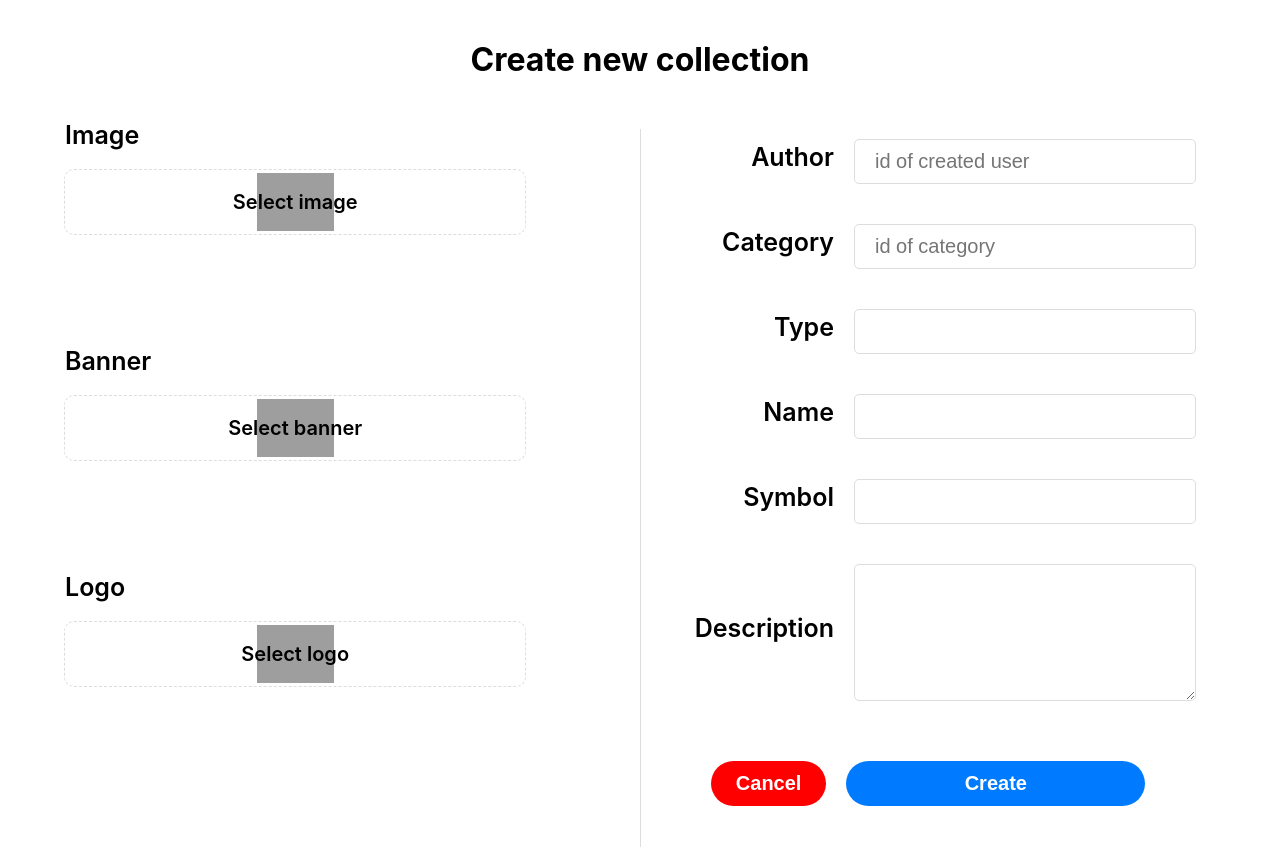
Repository: superHotBob/admin_nftillion
Page: /createcollection
An editor plug-in stored every save of this project. The page is shown before and after the next save, followed by the edit.
The browser window is 1280 px wide. The pictures show the whole page.
Pictures or frames that could not be fetched are drawn as grey boxes. The project was rebuilt for these pictures with package versions that can differ from the ones it lists, and the page was loaded fresh each time. Also part of the build but not shown: src/components/Login/styles.scss, src/components/Login/index.js, src/components/NavPanel/styles.scss, src/components/NavPanel/index.js, src/components/Users/index.js, src/components/Collections/index.js, src/components/Preminted/styles.scss, src/components/Preminted/index.js.

Above is the page before, as saved 2022-04-27 18:16:45.

### src/index.js
import React from "react";
import ReactDOM from "react-dom/client";
import "./index.css";
import { BrowserRouter } from "react-router-dom";
import "./index.css";
import App from "./App";

import reportWebVitals from "./reportWebVitals";

const root = ReactDOM.createRoot(document.getElementById("root"));
root.render(
  <React.StrictMode>
    <BrowserRouter>
      <App />
    </BrowserRouter>
  </React.StrictMode>
);

// If you want to start measuring performance in your app, pass a function
// to log results (for example: reportWebVitals(console.log))
// or send to an analytics endpoint. Learn more: https://bit.ly/CRA-vitals
reportWebVitals();

### src/App.js
import * as React from "react";
import { Routes, Route } from "react-router-dom";
import { LogIn } from "./components/Login";
import { Users } from "./components/Users";
import './App.css';
import { Collections } from "./components/Collections";
import { Preminted } from "./components/Preminted";
import { Create } from "./components/CreateCollection";

function App() {
  return (
    <div className="App">
    <Routes>
        <Route path="/" element={<LogIn />} />
        <Route path="users" element={<Users />} />
        <Route path="collections" element={<Collections />} />
        <Route path="preminted" element={<Preminted />} />
        <Route path="createcollection" element={<Create />} />
      </Routes>
    </div>
  );
}

export default App;

### src/components/CreateCollection/index.js
import * as React from "react";
import axios from "axios";
import { Link } from "react-router-dom";

import "./styles.scss";

export const Create = () => {
  const [author, setAuthor] = React.useState("");
  const [category, setCategory] = React.useState("");
  const [type, setType] = React.useState("");
  const [nameCollection, setNameCollection] = React.useState("");
  const [symbol, setSymbol] = React.useState("");
  const [description, setDescription] = React.useState("");

  const [imageCollection, selectImageCollection] = React.useState();
  const [bannerCollection, selectBannerCollection] = React.useState();
  const [logoCollection, selectLogoCollection] = React.useState();

  const viewImage = async (event) => {
    let file = event.target.files[0];
    console.log(file);
    const reader = new FileReader();
    reader.onloadend = function () {
      selectImageCollection(reader.result);
    };
    reader.readAsDataURL(file);
  };
  const viewBanner = async (event) => {
    let file = event.target.files[0];
    console.log(file);
    const reader = new FileReader();
    reader.onloadend = function () {
      selectBannerCollection(reader.result);
    };
    reader.readAsDataURL(file);
  };
  const viewLogo = async (event) => {
    let file = event.target.files[0];
    console.log(file);
    const reader = new FileReader();
    reader.onloadend = function () {
      selectLogoCollection(reader.result);
    };
    reader.readAsDataURL(file);
  };
  const form = new FormData();
  const metadata = {
    name: nameCollection,
    symbol: symbol,
    description: description,
  };
  form.append("author", author);
  form.append("type", type);
  form.append("category", category);
  form.append("metadata", metadata);
  form.append("image", imageCollection);
  form.append("logo", logoCollection);
  form.append("banner", bannerCollection);

  function CreateCollection(event) {
    event.preventDefault();
    axios
      .post(
        "https://app.nftillion.io/admin/collection/create",
        form,
        // {
        //   image: imageCollection,
        //   logo: logoCollection,
        //   banner: bannerCollection,
        //   author: Number(author),
        //   category: Number(category),
        //   type: Number(type),
        //   metadata: {
        //     name: nameCollection,
        //     symbol: symbol,
        //     description: description,
        //   },
        // },
        {
          headers: {
            "X-Content-Type-Options": "nosniff",
            "Content-Type": "multipart/form-data; boundary=something",
            Authorization: `Bearer ${localStorage.getItem("accessToken")}`,
          },
        }
      )
      .then((res) => {
        console.log(res.data);
      });
  }
  return (
    <>
      <h1 className="header">Create new collection</h1>
      <form
        onSubmit={CreateCollection}
        className="main_block_create"
        enctype="multipart/form-data"
      >
        <div className="image_block" style={{ marginTop: 40 }}>
          <div
            className="image"
            style={{
              height: imageCollection ? "300px" : "auto",
              background: `url(${imageCollection}) center / auto 90% no-repeat`,
            }}
          >
            {imageCollection && (
              <img
                src="/icon_close.png"
                alt="close"
                height={25}
                width={25}
                style={{ float: "right", margin: 10, cursor: "pointer" }}
                onClick={() => selectImageCollection()}
              />
            )}
            {!imageCollection && (
              <label>
                Select image
                <input
                  type="file"
                  style={{ display: "none" }}
                  id="file"
                  name="file"
                  accept="image/png, image/gif, image/webp, image/jpeg, video/mp4,audio/mp3"
                  onChange={(e) => viewImage(e)}
                />
              </label>
            )}
          </div>
          <div
            className="banner"
            style={{
              height: bannerCollection ? "300px" : "auto",
              background: `url(${bannerCollection}) center / auto 90% no-repeat`,
            }}
          >
            {" "}
            {bannerCollection && (
              <img
                src="/icon_close.png"
                alt="close"
                height={25}
                width={25}
                style={{ float: "right", margin: 10, cursor: "pointer" }}
                onClick={() => selectBannerCollection()}
              />
            )}
            {!bannerCollection && (
              <label>
                Select banner
                <input
                  type="file"
                  style={{ display: "none" }}
                  id="file"
                  name="file"
                  accept="image/png, image/gif, image/webp, image/jpeg, video/mp4,audio/mp3"
                  onChange={(e) => viewBanner(e)}
                />
              </label>
            )}
          </div>
          <div
            className="logo"
            style={{
              height: logoCollection ? "50px" : "auto",
              background: `url(${logoCollection}) center / auto 90% no-repeat`,
            }}
          >
            {" "}
            {logoCollection && (
              <img
                src="/icon_close.png"
                alt="close"
                height={25}
                width={25}
                style={{ float: "right", margin: 10, cursor: "pointer" }}
                onClick={() => selectLogoCollection()}
              />
            )}
            {!logoCollection && (
              <label>
                Select logo
                <input
                  type="file"
                  style={{ display: "none" }}
                  id="file"
                  name="file"
                  accept="image/png, image/gif, image/webp, image/jpeg, video/mp4,audio/mp3"
                  onChange={(e) => viewLogo(e)}
                />
              </label>
            )}
          </div>
        </div>
        <div className="data_block">
          <label>
            Author
            <input
              type="text"
              pattern="[0-9]+"
              placeholder="id of created user"
              required
              value={author}
              onChange={(e) => setAuthor(e.target.value)}
            />
          </label>
          <label>
            Category
            <input
              type="text"
              required
              placeholder="id of category"
              pattern="[0-9]+"
              value={category}
              onChange={(e) => setCategory(e.target.value)}
            />
          </label>
          <label>
            Type
            <input
              type="text"
              name="type"
              pattern="[0-9]+"
              value={type}
              onChange={(e) => setType(e.target.value)}
            />
          </label>
          <label>
            Name
            <input
              type="text"
              name="name"
              value={nameCollection}
              onChange={(e) => setNameCollection(e.target.value)}
            />
          </label>
          <label>
            Symbol
            <input
              type="text"
              name="symbol"
              value={symbol}
              onChange={(e) => setSymbol(e.target.value)}
            />
          </label>
          <label>
            Description
            <textarea
              rows={5}
              name="description"
              value={description}
              onChange={(e) => setDescription(e.target.value)}
            />
          </label>
          <div className="butons">
            <Link to="/preminted">
              <button className="cancel">Cancel</button>
            </Link>
            <button type="submit">Create</button>
          </div>
        </div>
      </form>
    </>
  );
};

### src/components/Users/styles.scss
.header {
  color: #000;
  padding: 20px 50px;
  margin: 0;
  border-bottom: 1px solid black;
  text-align: center;
  b {
    float: right;
    font-size: 16px;
    margin-top: 15px;
  }
}
header,
.data {
  display: flex;
  justify-content: space-around;
  font-size: 20px;
  text-align: center;
  align-items: center;
  span,
  label {
    width: 8%;
    display: inline-block;
  }
}
header {
  border-bottom: 1px solid black;
  font-size: 25px;
  font-weight: 600;
  padding: 20px 0;
}
.block_view {
  position: fixed;
  top: 20vh;
  padding: 20px;
  right: 40vw;
  width: 20vw;
  height: auto;
  transition: all 0.5s;
  background-color: #fff;
  box-shadow: 0 0px 8px 0px rgba(34, 60, 80, 0.2);
}
.block_hide {
  position: fixed;
  top: 20vh;
  transition: all 0.5s;
  right: 40vw;
  opacity: 0;
  overflow: hidden;
  width: 20vw;
  height: auto;
  background-color: #fff;
  box-shadow: 0 0px 8px 0px rgba(34, 60, 80, 0.2);
}
button {
  height: 45px;
  width: 65%;
  font-size: 20px;
  border-radius: 30px;
  cursor: pointer;
  font-weight: 600;
  color: #fff;
  border: none;
  outline: none;
}
button:first-of-type {
  background-color: red;
  width: 30%;
}
button:last-of-type {
  background-color: #007bff;
}
button:hover {
  opacity: 0.7;
  border-color: rgba(200, 255, 255, 1);
}
.block_button {
  display: flex;
  margin-top: 30px;
  justify-content: space-around;
}
.data_edit {
  span {
    display: block;
    font-size: 20px;
    margin: 20px;
  }
}
.header_edit {
  padding-bottom: 30px;
  font-size: 25px;
  border-bottom: 1px solid #000;
}

input[type="checkbox"] {
  width: 25px;
  height: 25px;
  margin: 0 20px;
}
textarea {
  width: 90%;
  padding: 10px 20px;
  outline: none;
  font-size: 20px;
  display: block;
}

b {
  font-size: 30px;
  margin: 0 10px 30px;
  display: block;
}

@media screen and (max-width: 1450px){
      .data span,header{
        font-size: 16px;
      }
      p.data {
        padding: 10px 0;
      }
     .data span:first-of-type {
       font-size: 13px;
     }

}

### src/components/Collections/styles.scss
.data {
    padding: 20px 0;
    margin: 0;
}
.data:hover {
    background-color: #c9c9c9;
    cursor: pointer;
}
.right_block_view {
    position: fixed;
    top: 0;
    padding: 20px;
    right: 0;
    width: 400px;
    height: 100vw;
    transition: all 0.5s;
    background-color: #fff;
    box-shadow: -7px 0px 8px 0px rgba(34, 60, 80, 0.2);
}
.right_block_hide {
    position: fixed;
    top: 0;
    transition: all 0.5s;
    right: -401px;
    width: 400px;
    height: 100vw;
    background-color: #fff;
    box-shadow: -7px 0px 8px 0px rgba(34, 60, 80, 0.2);
}
button {
    height: 45px;
    width: 65%;
    font-size: 20px;
    border-radius: 30px;
    cursor: pointer;
    font-weight: 600;
    color: #fff;
    border: none;
    outline: none;

}
button:first-of-type {
    background-color: red;
    width: 30%;
}
button:last-of-type {
    background-color: #007bff;
}
button:hover {
    opacity: 0.7;
    border-color: #f9f9ff;

}
.block_button {
    display: flex;
    margin-top: 30px;
    justify-content: space-around;
}
.data_edit {
    span {
        display: block;
        font-size: 18px;
        margin: 20px 0;
    }
}
.header_edit {
    padding-bottom:  30px;
    font-size: 25px;
    border-bottom: 1px solid #000;
}

input[type='checkbox'] {
    width: 25px;
    height: 25px;
    margin: 0 20px;
}

### src/components/CreateCollection/styles.scss
.main_block_create {
  display: flex;
  justify-content: space-between;
  width: 70vw;
  margin: 0 auto;

  .image_block {
    width: 50%;
    height: auto;
    .image,
    .banner,
    .logo {
      width: 80%;
      height: auto;
      border-radius: 10px;
      margin-bottom: 160px;
      border: 1px dashed #ddd;
      position: relative;
    }
    *::before {
      position: absolute;
      top: -50px;
      left: 0;
      font-size: 25px;
      font-weight: 600;
    }
    .image::before {
      content: "Image";
    }
    .logo::before {
      content: "Logo";
    }
    .banner::before {
      content: "Banner";
    }
    label {
      font-size: 20px;
      font-weight: 600;
      margin: 20px auto;
      width: 40%;
      display: block;
      cursor: pointer;
    }
  }
  .data_block {
    width: 50%;
    height: auto;
    border-left: 1px solid #ddd;
    label,
    legend {
      display: flex;
      justify-content: right;
      font-size: 25px;
      margin: 0 auto 30px;
      width: 100%;
      align-items: center;
      text-align: left;
      font-weight: 600;
      input,
      textarea {
        display: block;
        border-radius: 5px;
        padding: 10px 20px;
        border: 1px solid #ddd;
        width: 300px;
        font-size: 20px;
        margin: 10px 20px 0;
        outline: none;
      }
    }
    .buttons {
        display: flex;
        justify-content: right;
        text-align: right;
    }
    button {
      width: 52%;
      margin-top: 30px;
    }
    .cancel {
      width: 20%;
      margin-right: 20px;
      background-color: red;
    }
  }
}
.header {
  margin: 20px 0 30px;
  border: none;
}
@media screen and (max-width: 1300px){
    .main_block_create {
        width: 90%;
    }
}

Loaded but not shown: public/index.html (common file); src/index.css (common file); src/reportWebVitals.js (common file); src/App.css (common file)

After the next save:
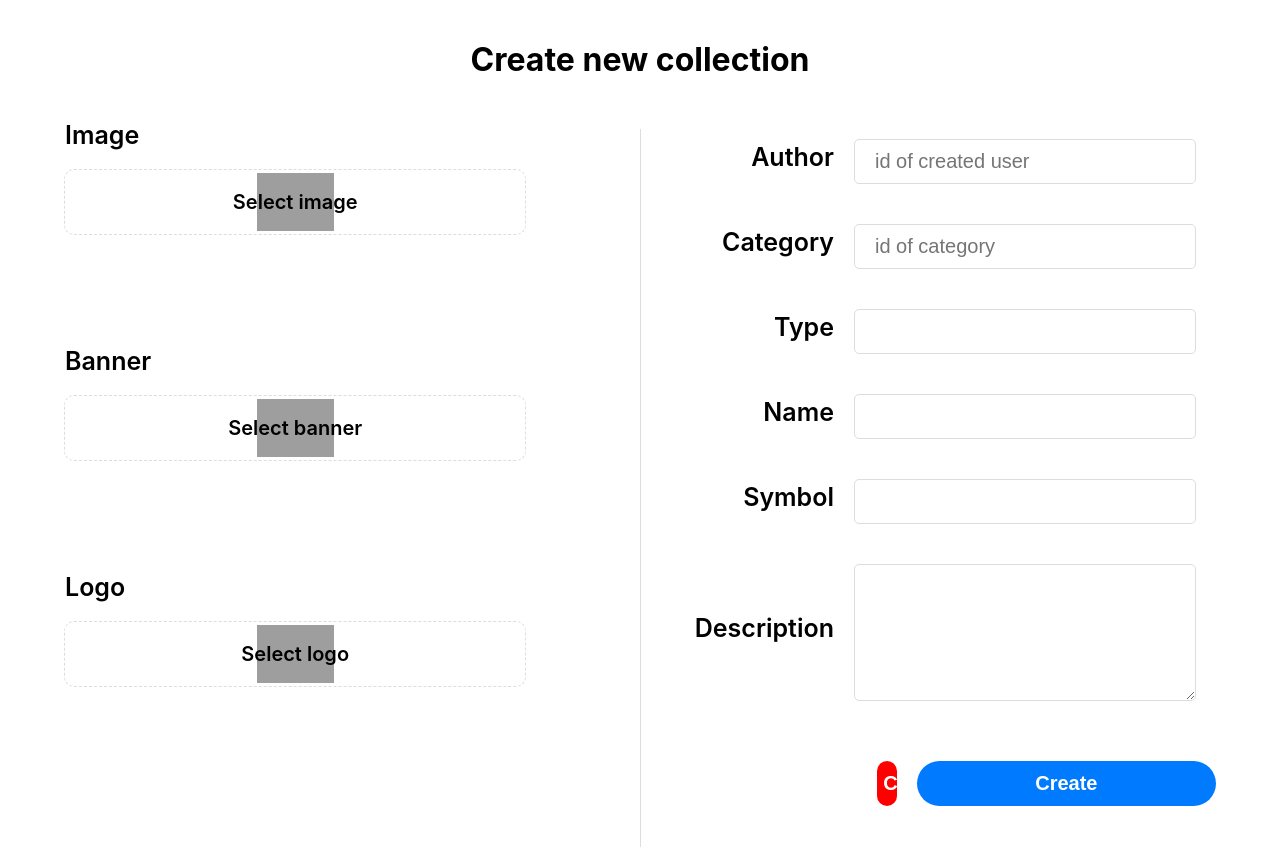
Saved 77 s later.
--- a/src/components/CreateCollection/index.js
+++ b/src/components/CreateCollection/index.js
@@ -253,7 +253,7 @@ export const Create = () => {
               onChange={(e) => setDescription(e.target.value)}
             />
           </label>
-          <div className="butons">
+          <div className="buttons">
             <Link to="/preminted">
               <button className="cancel">Cancel</button>
             </Link>
